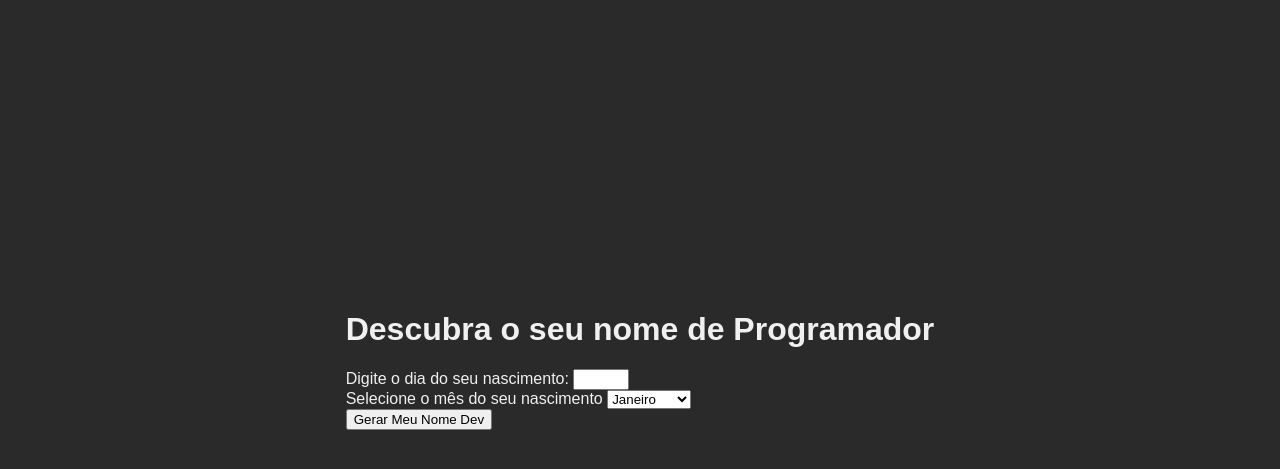
Repository: analessp/seu-nome-dev
Page: index.html
The author's editor kept a copy of each file at every save. The page is drawn from the files as they stood at one save, then again after the next save.
The browser window is 1280 px wide. The pictures show the whole page.

Above is the page before, as saved 2025-05-13 10:47:17.

After the next save:
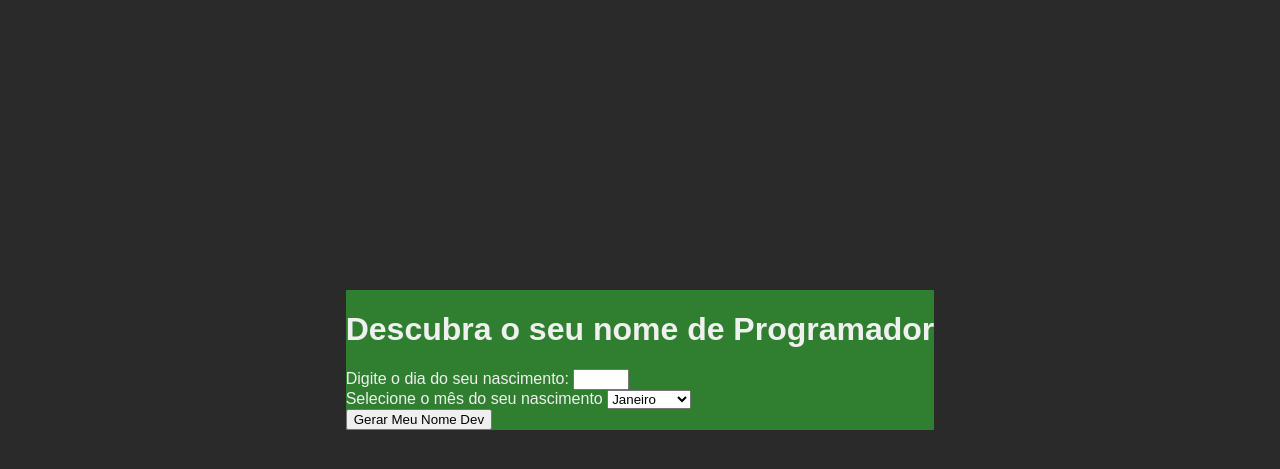
Saved 4 s later.
--- a/styles.css
+++ b/styles.css
@@ -10,5 +10,5 @@ body {
 }
 
 .container {
-    background-color: #;
+    background-color: #3a3a;
 }
